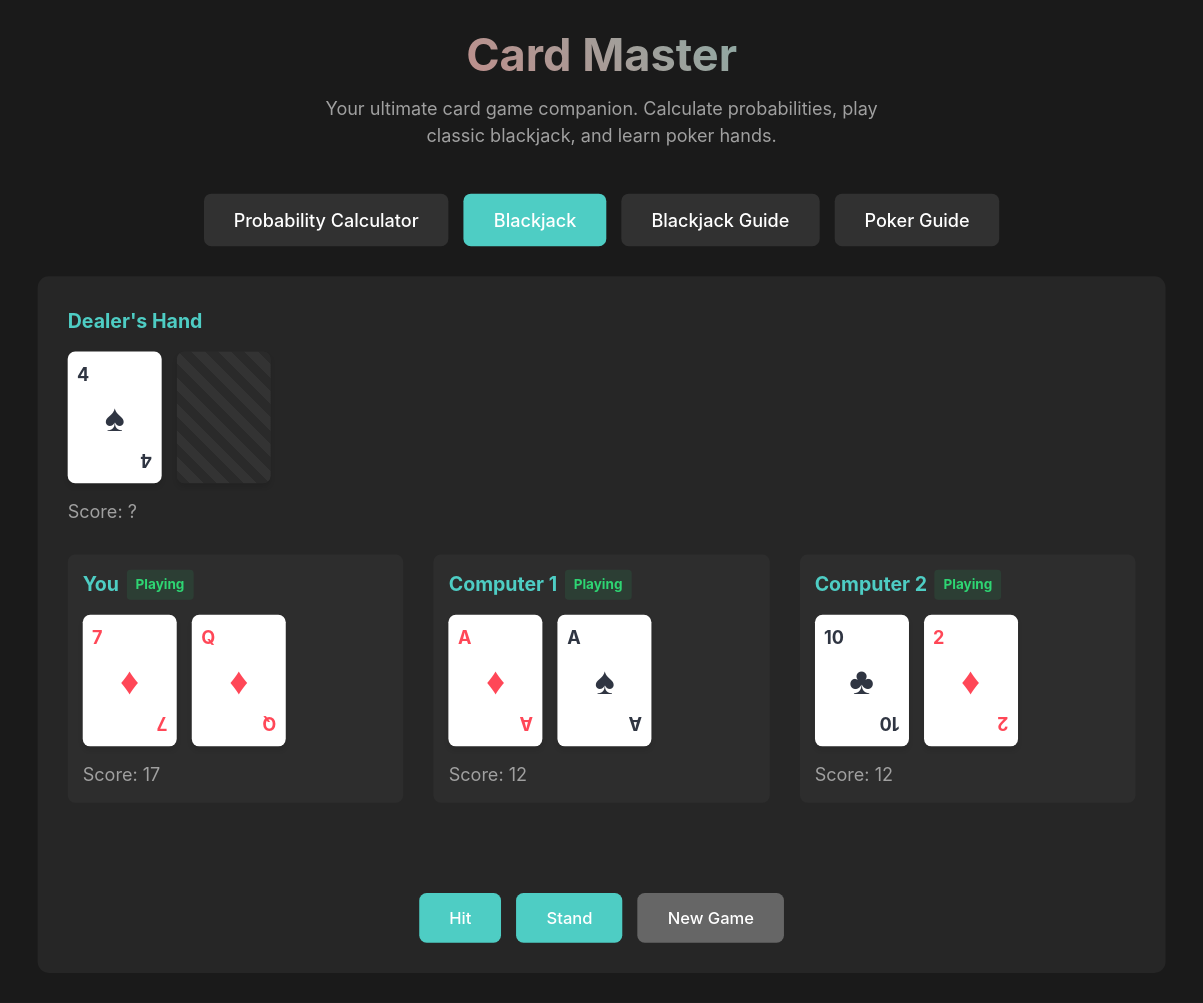
Repository: rohith1125/cards
Page: /, after clicking the first element matching `button.css-esjfyn`
An editor plug-in stored every save of this project. The page is shown before and after the next save, followed by the edit.
The browser window is 1280 px wide. The pictures show the whole page, at 94% of full size.
The project was rebuilt for these pictures with package versions that can differ from the ones it lists, and the page was loaded fresh each time. Also part of the build but not shown: vite.config.ts, src/components/PokerGuide.tsx, src/components/BlackjackGuide.tsx.

Above is the page before, as saved 2025-05-19 20:43:00.

### index.html
<!doctype html>
<html lang="en">
  <head>
    <meta charset="UTF-8" />
    <link rel="icon" type="image/svg+xml" href="/vite.svg" />
    <meta name="viewport" content="width=device-width, initial-scale=1.0" />
    <title>Card Master</title>
  </head>
  <body>
    <div id="root"></div>
    <script type="module" src="/src/main.tsx"></script>
  </body>
</html>

### src/index.css
:root {
  font-family: Inter, system-ui, Avenir, Helvetica, Arial, sans-serif;
  line-height: 1.5;
  font-weight: 400;

  color-scheme: light dark;
  color: rgba(255, 255, 255, 0.87);
  background-color: #242424;

  font-synthesis: none;
  text-rendering: optimizeLegibility;
  -webkit-font-smoothing: antialiased;
  -moz-osx-font-smoothing: grayscale;
}

* {
  margin: 0;
  padding: 0;
  box-sizing: border-box;
}

body {
  margin: 0;
  min-width: 320px;
  min-height: 100vh;
}

#root {
  width: 100%;
  min-height: 100vh;
}

h1 {
  font-size: 3.2em;
  line-height: 1.1;
}

button {
  border-radius: 8px;
  border: 1px solid transparent;
  padding: 0.6em 1.2em;
  font-size: 1em;
  font-weight: 500;
  font-family: inherit;
  background-color: #1a1a1a;
  cursor: pointer;
  transition: border-color 0.25s;
}

button:hover {
  border-color: #646cff;
}

button:focus,
button:focus-visible {
  outline: 4px auto -webkit-focus-ring-color;
}

@media (prefers-color-scheme: light) {
  :root {
    color: #213547;
    background-color: #ffffff;
  }
  button {
    background-color: #f9f9f9;
  }
}

### src/components/Blackjack.tsx
import { useState, useEffect } from 'react'
import styled from '@emotion/styled'
import Card from './Card'
import { createDeck, shuffleDeck, type CardData } from '../utils/deck'

const Container = styled.div`
  max-width: 1200px;
  margin: 0 auto;
  display: flex;
  flex-direction: column;
  gap: 2rem;
`

const GameArea = styled.div`
  display: flex;
  flex-direction: column;
  gap: 2rem;
  padding: 2rem;
  background: rgba(255, 255, 255, 0.05);
  border-radius: 12px;
`

const PlayersGrid = styled.div`
  display: grid;
  grid-template-columns: repeat(3, 1fr);
  gap: 2rem;
  margin-bottom: 2rem;
`

const PlayerArea = styled.div`
  display: flex;
  flex-direction: column;
  gap: 1rem;
  padding: 1rem;
  background: rgba(255, 255, 255, 0.03);
  border-radius: 8px;
`

const Hand = styled.div`
  display: flex;
  flex-direction: column;
  gap: 1rem;
`

const HandTitle = styled.h3`
  color: #4ecdc4;
  margin: 0;
  font-size: 1.3rem;
  display: flex;
  align-items: center;
  gap: 0.5rem;
`

const PlayerStatus = styled.span<{ status: 'playing' | 'stand' | 'bust' | 'win' | 'lose' | 'draw' }>`
  font-size: 0.9rem;
  padding: 0.3rem 0.6rem;
  border-radius: 4px;
  background: ${props => {
    switch (props.status) {
      case 'playing': return 'rgba(46, 213, 115, 0.1)';
      case 'stand': return 'rgba(255, 171, 0, 0.1)';
      case 'bust': return 'rgba(255, 71, 87, 0.1)';
      case 'win': return 'rgba(46, 213, 115, 0.2)';
      case 'lose': return 'rgba(255, 71, 87, 0.2)';
      case 'draw': return 'rgba(255, 171, 0, 0.2)';
    }
  }};
  color: ${props => {
    switch (props.status) {
      case 'playing': return '#2ed573';
      case 'stand': return '#ffa502';
      case 'bust': return '#ff4757';
      case 'win': return '#2ed573';
      case 'lose': return '#ff4757';
      case 'draw': return '#ffa502';
    }
  }};
`

const Cards = styled.div`
  display: flex;
  gap: 1rem;
  flex-wrap: wrap;
`

const Score = styled.div`
  font-size: 1.2rem;
  color: #a0a0a0;
`

const Controls = styled.div`
  display: flex;
  gap: 1rem;
  justify-content: center;
  margin-top: 2rem;
`

const Button = styled.button`
  padding: 1rem 2rem;
  font-size: 1.1rem;
  border: none;
  border-radius: 8px;
  background: #4ecdc4;
  color: white;
  cursor: pointer;
  transition: all 0.3s ease;

  &:hover {
    background: #45b7af;
    transform: translateY(-2px);
  }

  &:active {
    transform: translateY(0);
  }

  &:disabled {
    background: #666;
    cursor: not-allowed;
    transform: none;
  }
`

const Message = styled.div<{ type: 'win' | 'lose' | 'draw' | null }>`
  text-align: center;
  font-size: 1.5rem;
  padding: 1rem;
  border-radius: 8px;
  background: ${props => {
    switch (props.type) {
      case 'win': return 'rgba(46, 213, 115, 0.1)';
      case 'lose': return 'rgba(255, 71, 87, 0.1)';
      case 'draw': return 'rgba(255, 171, 0, 0.1)';
      default: return 'transparent';
    }
  }};
  color: ${props => {
    switch (props.type) {
      case 'win': return '#2ed573';
      case 'lose': return '#ff4757';
      case 'draw': return '#ffa502';
      default: return 'white';
    }
  }};
`

interface Player {
  name: string
  hand: CardData[]
  status: 'playing' | 'stand' | 'bust' | 'win' | 'lose' | 'draw'
  isComputer: boolean
}

const calculateScore = (cards: CardData[]): number => {
  let score = 0
  let aces = 0

  cards.forEach(card => {
    if (card.value === 'A') {
      aces++
      score += 11
    } else if (['K', 'Q', 'J'].includes(card.value)) {
      score += 10
    } else {
      score += parseInt(card.value)
    }
  })

  while (score > 21 && aces > 0) {
    score -= 10
    aces--
  }

  return score
}

const getStatusText = (status: Player['status']): string => {
  switch (status) {
    case 'playing': return 'Playing';
    case 'stand': return 'Stand';
    case 'bust': return 'Bust!';
    case 'win': return 'Win!';
    case 'lose': return 'Lose';
    case 'draw': return 'Push';
  }
}

export const Blackjack = () => {
  const [deck, setDeck] = useState<CardData[]>([])
  const [players, setPlayers] = useState<Player[]>([])
  const [dealerHand, setDealerHand] = useState<CardData[]>([])
  const [gameState, setGameState] = useState<'playing' | 'dealer-turn' | 'ended'>('playing')
  const [message, setMessage] = useState<{ text: string; type: 'win' | 'lose' | 'draw' | null }>({ text: '', type: null })
  const [currentPlayerIndex, setCurrentPlayerIndex] = useState(0)

  const startNewGame = () => {
    const newDeck = shuffleDeck(createDeck())
    setDeck(newDeck)

    // Initialize players
    const initialPlayers: Player[] = [
      { name: 'You', hand: [newDeck[0], newDeck[3]], status: 'playing', isComputer: false },
      { name: 'Computer 1', hand: [newDeck[1], newDeck[4]], status: 'playing', isComputer: true },
      { name: 'Computer 2', hand: [newDeck[2], newDeck[5]], status: 'playing', isComputer: true }
    ]

    setPlayers(initialPlayers)
    setDealerHand([newDeck[6], newDeck[7]])
    setDeck(newDeck.slice(8))
    setGameState('playing')
    setMessage({ text: '', type: null })
    setCurrentPlayerIndex(0)
  }

  const hit = () => {
    if (gameState !== 'playing' || currentPlayerIndex !== 0) return

    const newPlayers = [...players]
    newPlayers[0].hand = [...newPlayers[0].hand, deck[0]]
    setDeck(deck.slice(1))

    const score = calculateScore(newPlayers[0].hand)
    if (score > 21) {
      newPlayers[0].status = 'bust'
      setPlayers(newPlayers)
      setCurrentPlayerIndex(1)
      playComputerTurns()
    } else {
      setPlayers(newPlayers)
    }
  }

  const stand = () => {
    if (gameState !== 'playing' || currentPlayerIndex !== 0) return

    const newPlayers = [...players]
    newPlayers[0].status = 'stand'
    setPlayers(newPlayers)
    setCurrentPlayerIndex(1)
    playComputerTurns()
  }

  const playComputerTurns = () => {
    let newPlayers = [...players]
    let newDeck = [...deck]
    let currentIndex = currentPlayerIndex

    const playNextComputer = () => {
      if (currentIndex >= players.length) {
        setGameState('dealer-turn')
        dealerPlay()
        return
      }

      const player = newPlayers[currentIndex]
      if (!player.isComputer || player.status !== 'playing') {
        currentIndex++
        playNextComputer()
        return
      }

      // Simple AI: hit on 16 or below, stand on 17 or above
      const score = calculateScore(player.hand)
      if (score <= 16) {
        player.hand = [...player.hand, newDeck[0]]
        newDeck = newDeck.slice(1)

        const newScore = calculateScore(player.hand)
        if (newScore > 21) {
          player.status = 'bust'
        }
      } else {
        player.status = 'stand'
      }

      setPlayers(newPlayers)
      setDeck(newDeck)
      currentIndex++
      setTimeout(playNextComputer, 1000) // Add delay for better visualization
    }

    playNextComputer()
  }

  const dealerPlay = () => {
    let newDealerHand = [...dealerHand]
    let newDeck = [...deck]

    while (calculateScore(newDealerHand) < 17) {
      newDealerHand.push(newDeck[0])
      newDeck = newDeck.slice(1)
    }

    setDealerHand(newDealerHand)
    setDeck(newDeck)
    determineWinners(newDealerHand)
  }

  const determineWinners = (finalDealerHand: CardData[]) => {
    const dealerScore = calculateScore(finalDealerHand)
    const newPlayers = [...players]

    newPlayers.forEach(player => {
      if (player.status === 'bust') {
        player.status = 'lose'
      } else {
        const playerScore = calculateScore(player.hand)
        if (dealerScore > 21) {
          player.status = 'win'
        } else if (playerScore > dealerScore) {
          player.status = 'win'
        } else if (playerScore < dealerScore) {
          player.status = 'lose'
        } else {
          player.status = 'draw'
        }
      }
    })

    setPlayers(newPlayers)
    setGameState('ended')
  }

  useEffect(() => {
    startNewGame()
  }, [])

  return (
    <Container>
      <GameArea>
        <Hand>
          <HandTitle>
            Dealer's Hand
            {gameState !== 'playing' && (
              <PlayerStatus status={gameState === 'ended' ? 'stand' : 'playing'}>
                {gameState === 'ended' ? 'Stand' : 'Playing'}
              </PlayerStatus>
            )}
          </HandTitle>
          <Cards>
            {dealerHand.map((card, index) => (
              <Card
                key={`dealer-${card.suit}-${card.value}-${index}`}
                suit={card.suit}
                value={card.value}
                hidden={index === 1 && gameState === 'playing'}
              />
            ))}
          </Cards>
          <Score>
            Score: {gameState === 'playing' ? '?' : calculateScore(dealerHand)}
          </Score>
        </Hand>

        <PlayersGrid>
          {players.map((player, index) => (
            <PlayerArea key={player.name}>
              <Hand>
                <HandTitle>
                  {player.name}
                  <PlayerStatus status={player.status}>
                    {getStatusText(player.status)}
                  </PlayerStatus>
                </HandTitle>
                <Cards>
                  {player.hand.map((card, cardIndex) => (
                    <Card
                      key={`${player.name}-${card.suit}-${card.value}-${cardIndex}`}
                      suit={card.suit}
                      value={card.value}
                    />
                  ))}
                </Cards>
                <Score>Score: {calculateScore(player.hand)}</Score>
              </Hand>
            </PlayerArea>
          ))}
        </PlayersGrid>

        <Controls>
          <Button
            onClick={hit}
            disabled={gameState !== 'playing' || currentPlayerIndex !== 0}
          >
            Hit
          </Button>
          <Button
            onClick={stand}
            disabled={gameState !== 'playing' || currentPlayerIndex !== 0}
          >
            Stand
          </Button>
          <Button
            onClick={startNewGame}
            disabled={gameState === 'playing'}
          >
            New Game
          </Button>
        </Controls>
      </GameArea>
    </Container>
  )
}

### src/components/Card.tsx
import styled from '@emotion/styled'

export type Suit = 'hearts' | 'diamonds' | 'clubs' | 'spades'
export type Value = 'A' | '2' | '3' | '4' | '5' | '6' | '7' | '8' | '9' | '10' | 'J' | 'Q' | 'K'

export interface CardProps {
  suit: Suit
  value: Value
  onClick?: () => void
  hidden?: boolean
}

const CardContainer = styled.div<{ suit: Suit; hidden?: boolean }>`
  width: 100px;
  height: 140px;
  background: ${props => props.hidden ? '#2a2a2a' : 'white'};
  border-radius: 8px;
  padding: 10px;
  display: flex;
  flex-direction: column;
  justify-content: space-between;
  color: ${props => {
    if (props.hidden) return 'transparent';
    return props.suit === 'hearts' || props.suit === 'diamonds' ? '#ff4757' : '#2f3542';
  }};
  cursor: ${props => props.onClick ? 'pointer' : 'default'};
  transition: transform 0.2s ease;
  box-shadow: 0 4px 6px rgba(0, 0, 0, 0.1);
  position: relative;
  overflow: hidden;

  &:hover {
    transform: ${props => props.onClick ? 'translateY(-5px)' : 'none'};
  }

  &::before {
    content: '';
    position: absolute;
    top: 0;
    left: 0;
    right: 0;
    bottom: 0;
    background: ${props => props.hidden ? 'repeating-linear-gradient(45deg, #2a2a2a, #2a2a2a 10px, #333 10px, #333 20px)' : 'none'};
    border-radius: 8px;
  }
`

const TopValue = styled.div`
  font-size: 1.2rem;
  font-weight: bold;
`

const CenterSuit = styled.div`
  font-size: 2.5rem;
  display: flex;
  justify-content: center;
  align-items: center;
  flex-grow: 1;
`

const BottomValue = styled.div`
  font-size: 1.2rem;
  font-weight: bold;
  transform: rotate(180deg);
`

const Card = ({ suit, value, onClick, hidden }: CardProps) => {
  const getSuitSymbol = (suit: Suit) => {
    switch (suit) {
      case 'hearts': return '♥'
      case 'diamonds': return '♦'
      case 'clubs': return '♣'
      case 'spades': return '♠'
    }
  }

  return (
    <CardContainer suit={suit} onClick={onClick} hidden={hidden}>
      <TopValue>{hidden ? '?' : value}</TopValue>
      <CenterSuit>{hidden ? '?' : getSuitSymbol(suit)}</CenterSuit>
      <BottomValue>{hidden ? '?' : value}</BottomValue>
    </CardContainer>
  )
}

export default Card

Loaded but not shown: src/main.tsx (common file); src/components/ProbabilityCalculator.tsx (266 lines, source omitted); src/utils/deck.ts (113 lines, source omitted); src/App.tsx (115 lines, source omitted)

After the next save:
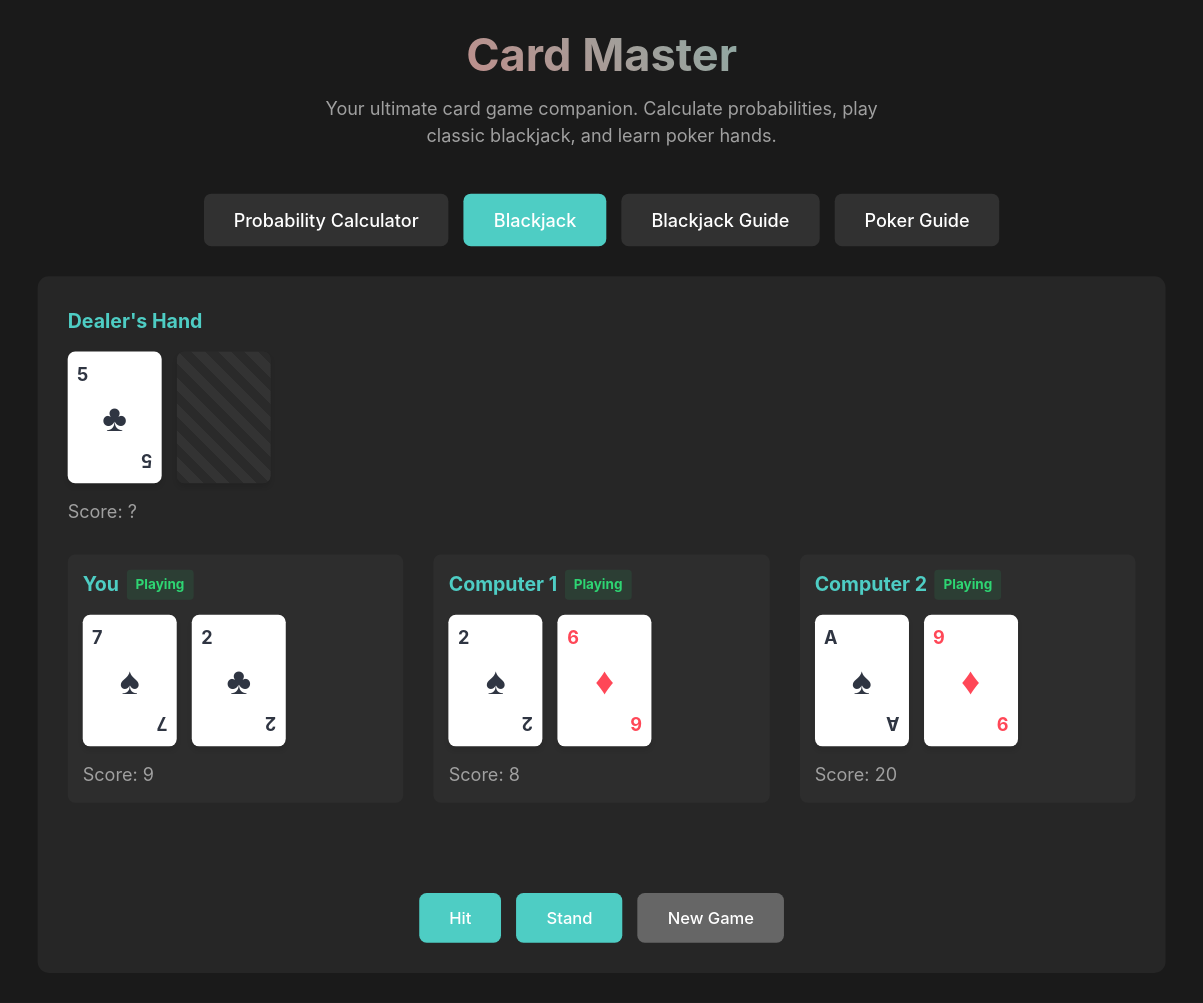
Saved 25 s later.
--- a/src/components/Blackjack.tsx
+++ b/src/components/Blackjack.tsx
@@ -1,7 +1,7 @@
 import { useState, useEffect } from 'react'
 import styled from '@emotion/styled'
 import Card from './Card'
-import { createDeck, shuffleDeck, type CardData } from '../utils/deck'
+import { createDeck, dealCards, calculateHandValue, isBlackjack, type CardData } from '../utils/deck'
 
 const Container = styled.div`
   max-width: 1200px;
@@ -51,7 +51,7 @@ const HandTitle = styled.h3`
   gap: 0.5rem;
 `
 
-const PlayerStatus = styled.span<{ status: 'playing' | 'stand' | 'bust' | 'win' | 'lose' | 'draw' }>`
+const PlayerStatus = styled.span<{ status: 'playing' | 'stand' | 'bust' | 'win' | 'lose' | 'draw' | 'blackjack' }>`
   font-size: 0.9rem;
   padding: 0.3rem 0.6rem;
   border-radius: 4px;
@@ -63,6 +63,7 @@ const PlayerStatus = styled.span<{ status: 'playing' | 'stand' | 'bust' | 'win'
       case 'win': return 'rgba(46, 213, 115, 0.2)';
       case 'lose': return 'rgba(255, 71, 87, 0.2)';
       case 'draw': return 'rgba(255, 171, 0, 0.2)';
+      case 'blackjack': return 'rgba(46, 213, 115, 0.2)';
     }
   }};
   color: ${props => {
@@ -73,6 +74,7 @@ const PlayerStatus = styled.span<{ status: 'playing' | 'stand' | 'bust' | 'win'
       case 'win': return '#2ed573';
       case 'lose': return '#ff4757';
       case 'draw': return '#ffa502';
+      case 'blackjack': return '#2ed573';
     }
   }};
 `
@@ -147,31 +149,9 @@ const Message = styled.div<{ type: 'win' | 'lose' | 'draw' | null }>`
 interface Player {
   name: string
   hand: CardData[]
-  status: 'playing' | 'stand' | 'bust' | 'win' | 'lose' | 'draw'
+  status: 'playing' | 'stand' | 'bust' | 'win' | 'lose' | 'draw' | 'blackjack'
   isComputer: boolean
-}
-
-const calculateScore = (cards: CardData[]): number => {
-  let score = 0
-  let aces = 0
-
-  cards.forEach(card => {
-    if (card.value === 'A') {
-      aces++
-      score += 11
-    } else if (['K', 'Q', 'J'].includes(card.value)) {
-      score += 10
-    } else {
-      score += parseInt(card.value)
-    }
-  })
-
-  while (score > 21 && aces > 0) {
-    score -= 10
-    aces--
-  }
-
-  return score
+  bet: number
 }
 
 const getStatusText = (status: Player['status']): string => {
@@ -182,6 +162,7 @@ const getStatusText = (status: Player['status']): string => {
     case 'win': return 'Win!';
     case 'lose': return 'Lose';
     case 'draw': return 'Push';
+    case 'blackjack': return 'Blackjack!';
   }
 }
 
@@ -194,19 +175,26 @@ export const Blackjack = () => {
   const [currentPlayerIndex, setCurrentPlayerIndex] = useState(0)
 
   const startNewGame = () => {
-    const newDeck = shuffleDeck(createDeck())
-    setDeck(newDeck)
+    const newDeck = createDeck()
+    const { hands, remainingDeck } = dealCards(newDeck, 4, 2) // 3 players + dealer
 
     // Initialize players
     const initialPlayers: Player[] = [
-      { name: 'You', hand: [newDeck[0], newDeck[3]], status: 'playing', isComputer: false },
-      { name: 'Computer 1', hand: [newDeck[1], newDeck[4]], status: 'playing', isComputer: true },
-      { name: 'Computer 2', hand: [newDeck[2], newDeck[5]], status: 'playing', isComputer: true }
+      { name: 'You', hand: hands[0], status: 'playing', isComputer: false, bet: 10 },
+      { name: 'Computer 1', hand: hands[1], status: 'playing', isComputer: true, bet: 10 },
+      { name: 'Computer 2', hand: hands[2], status: 'playing', isComputer: true, bet: 10 }
     ]
 
+    // Check for initial blackjacks
+    initialPlayers.forEach(player => {
+      if (isBlackjack(player.hand)) {
+        player.status = 'blackjack'
+      }
+    })
+
     setPlayers(initialPlayers)
-    setDealerHand([newDeck[6], newDeck[7]])
-    setDeck(newDeck.slice(8))
+    setDealerHand(hands[3])
+    setDeck(remainingDeck)
     setGameState('playing')
     setMessage({ text: '', type: null })
     setCurrentPlayerIndex(0)
@@ -216,12 +204,24 @@ export const Blackjack = () => {
     if (gameState !== 'playing' || currentPlayerIndex !== 0) return
 
     const newPlayers = [...players]
-    newPlayers[0].hand = [...newPlayers[0].hand, deck[0]]
-    setDeck(deck.slice(1))
-
-    const score = calculateScore(newPlayers[0].hand)
+    const newDeck = [...deck]
+
+    // Draw a card
+    const newCard = newDeck.shift()
+    if (!newCard) return
+
+    newPlayers[0].hand = [...newPlayers[0].hand, newCard]
+    setDeck(newDeck)
+
+    // Check for bust or blackjack
+    const score = calculateHandValue(newPlayers[0].hand)
     if (score > 21) {
       newPlayers[0].status = 'bust'
+      setPlayers(newPlayers)
+      setCurrentPlayerIndex(1)
+      playComputerTurns()
+    } else if (score === 21) {
+      newPlayers[0].status = 'stand'
       setPlayers(newPlayers)
       setCurrentPlayerIndex(1)
       playComputerTurns()
@@ -259,15 +259,19 @@ export const Blackjack = () => {
         return
       }
 
-      // Simple AI: hit on 16 or below, stand on 17 or above
-      const score = calculateScore(player.hand)
+      // Improved AI strategy
+      const score = calculateHandValue(player.hand)
       if (score <= 16) {
-        player.hand = [...player.hand, newDeck[0]]
-        newDeck = newDeck.slice(1)
-
-        const newScore = calculateScore(player.hand)
+        const newCard = newDeck.shift()
+        if (!newCard) return
+
+        player.hand = [...player.hand, newCard]
+        const newScore = calculateHandValue(player.hand)
+
         if (newScore > 21) {
           player.status = 'bust'
+        } else if (newScore === 21) {
+          player.status = 'stand'
         }
       } else {
         player.status = 'stand'
@@ -276,7 +280,7 @@ export const Blackjack = () => {
       setPlayers(newPlayers)
       setDeck(newDeck)
       currentIndex++
-      setTimeout(playNextComputer, 1000) // Add delay for better visualization
+      setTimeout(playNextComputer, 1000)
     }
 
     playNextComputer()
@@ -286,9 +290,12 @@ export const Blackjack = () => {
     let newDealerHand = [...dealerHand]
     let newDeck = [...deck]
 
-    while (calculateScore(newDealerHand) < 17) {
-      newDealerHand.push(newDeck[0])
-      newDeck = newDeck.slice(1)
+    // Dealer must hit on soft 17
+    while (calculateHandValue(newDealerHand) < 17) {
+      const newCard = newDeck.shift()
+      if (!newCard) break
+
+      newDealerHand.push(newCard)
     }
 
     setDealerHand(newDealerHand)
@@ -297,14 +304,21 @@ export const Blackjack = () => {
   }
 
   const determineWinners = (finalDealerHand: CardData[]) => {
-    const dealerScore = calculateScore(finalDealerHand)
+    const dealerScore = calculateHandValue(finalDealerHand)
+    const dealerHasBlackjack = isBlackjack(finalDealerHand)
     const newPlayers = [...players]
 
     newPlayers.forEach(player => {
       if (player.status === 'bust') {
         player.status = 'lose'
+      } else if (player.status === 'blackjack') {
+        if (dealerHasBlackjack) {
+          player.status = 'draw'
+        } else {
+          player.status = 'win'
+        }
       } else {
-        const playerScore = calculateScore(player.hand)
+        const playerScore = calculateHandValue(player.hand)
         if (dealerScore > 21) {
           player.status = 'win'
         } else if (playerScore > dealerScore) {
@@ -348,7 +362,7 @@ export const Blackjack = () => {
             ))}
           </Cards>
           <Score>
-            Score: {gameState === 'playing' ? '?' : calculateScore(dealerHand)}
+            Score: {gameState === 'playing' ? '?' : calculateHandValue(dealerHand)}
           </Score>
         </Hand>
 
@@ -371,7 +385,7 @@ export const Blackjack = () => {
                     />
                   ))}
                 </Cards>
-                <Score>Score: {calculateScore(player.hand)}</Score>
+                <Score>Score: {calculateHandValue(player.hand)}</Score>
               </Hand>
             </PlayerArea>
           ))}
